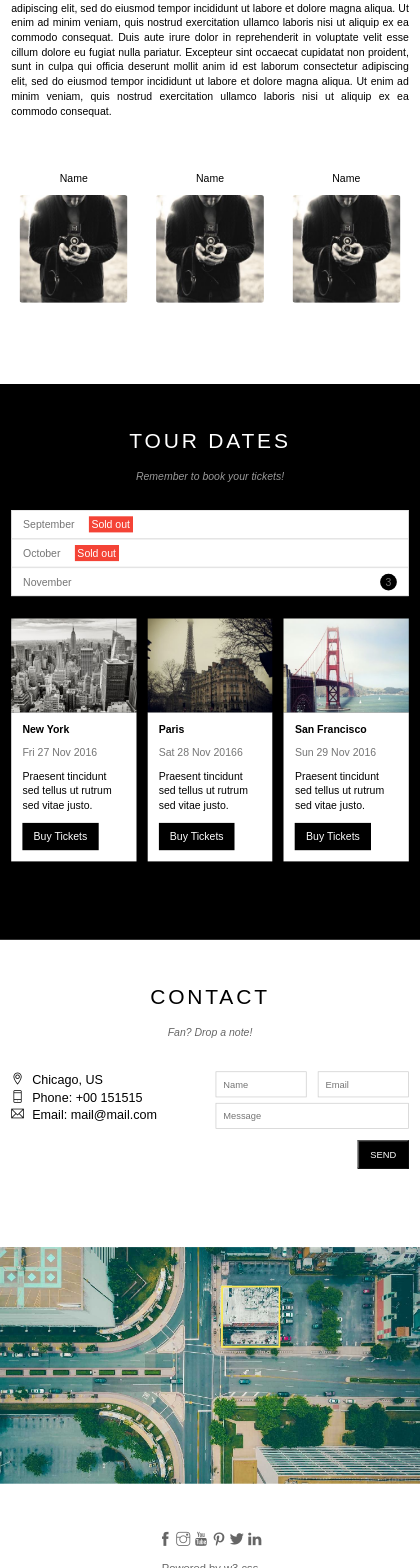
Repository: BrandonTuan777/The_Band
Page: index.html
These files come from the project's save history. The page is drawn as it stood at one moment and after the next save; the edit follows.
The browser window is 600 px wide. The pictures show the part of the page from y = 532 to 2772 px (the page is 2845 px tall before and 3285 px after), at 70% of full size.

Above is the page before, as saved 2022-04-12 21:14:00.
Console error: ReferenceError: member is not defined

After the next save:
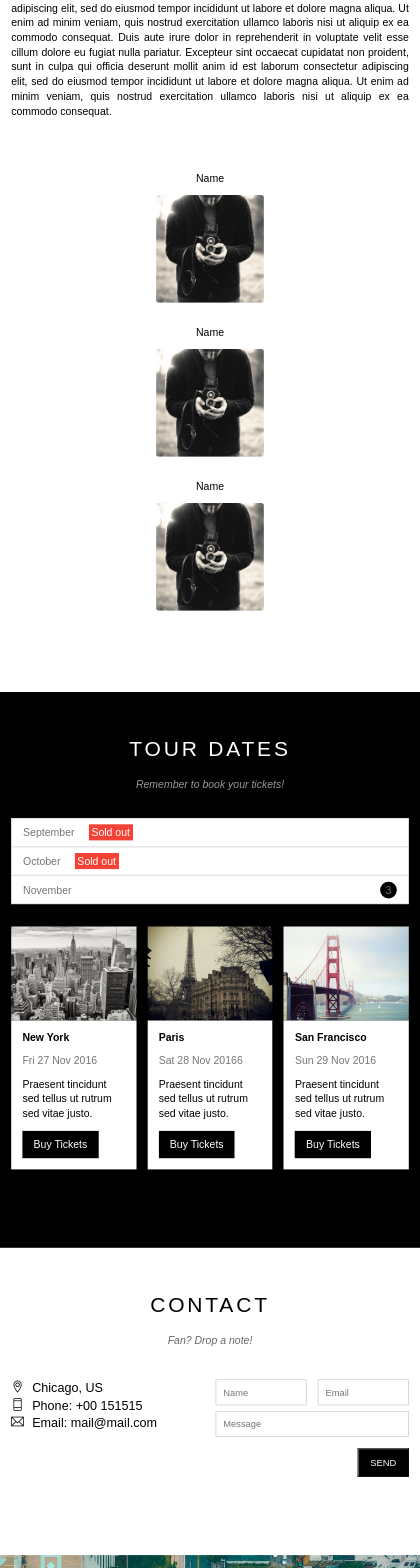
Saved 5 s later.
--- a/assets/css/responsive.css
+++ b/assets/css/responsive.css
@@ -42,6 +42,6 @@
 
   #content .member-item{
       margin-top: 30px;
-
+      width: 100%;
   }
 }
